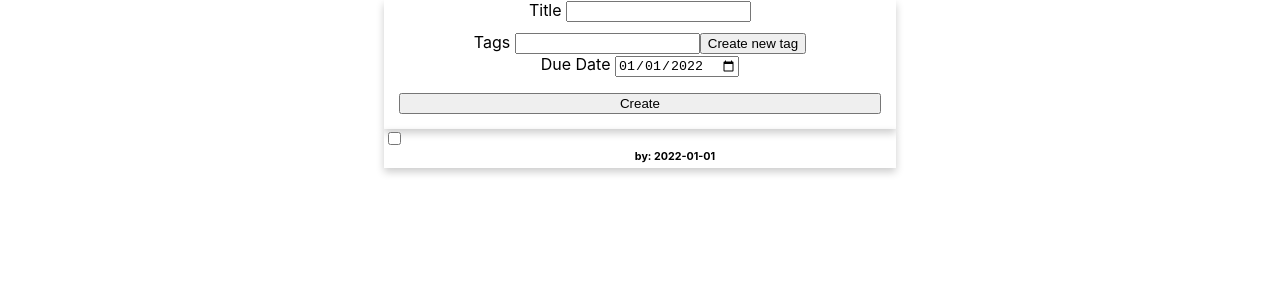
Repository: sanjayMamidipaka/reactappbits
Page: /, after clicking the first element matching `div.submitButton > button`
The author's editor kept a copy of each file at every save. The page is drawn from the files as they stood at one save, then again after the next save.
The browser window is 1280 px wide. The pictures show the whole page.
The project was rebuilt for these pictures with package versions that can differ from the ones it lists, and the page was loaded fresh each time. Also part of the build but not shown: src/components/Tag.css, src/components/Tag.tsx.

Above is the page before, as saved 2022-01-18 18:23:22.

After the next save:
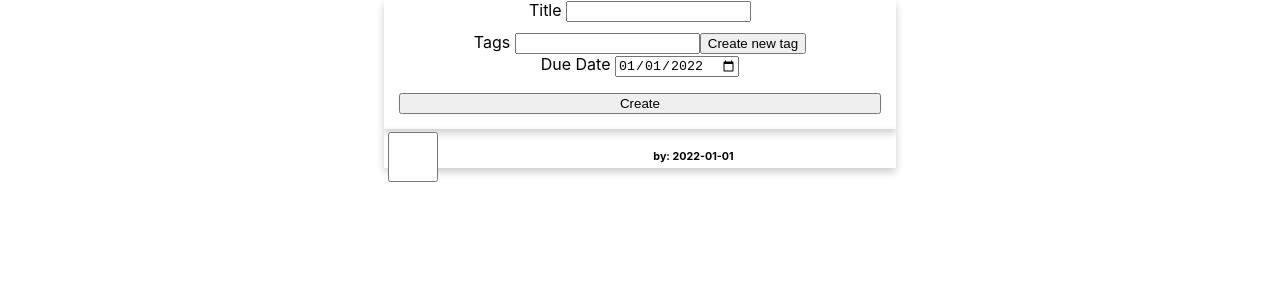
Saved 7 s later.
--- a/src/components/TodoItem.css
+++ b/src/components/TodoItem.css
@@ -27,7 +27,7 @@
     padding-left: 50px;
 }
 
-input. {
+input.checkBox {
     width: 50px;
     height: 50px;
 }
